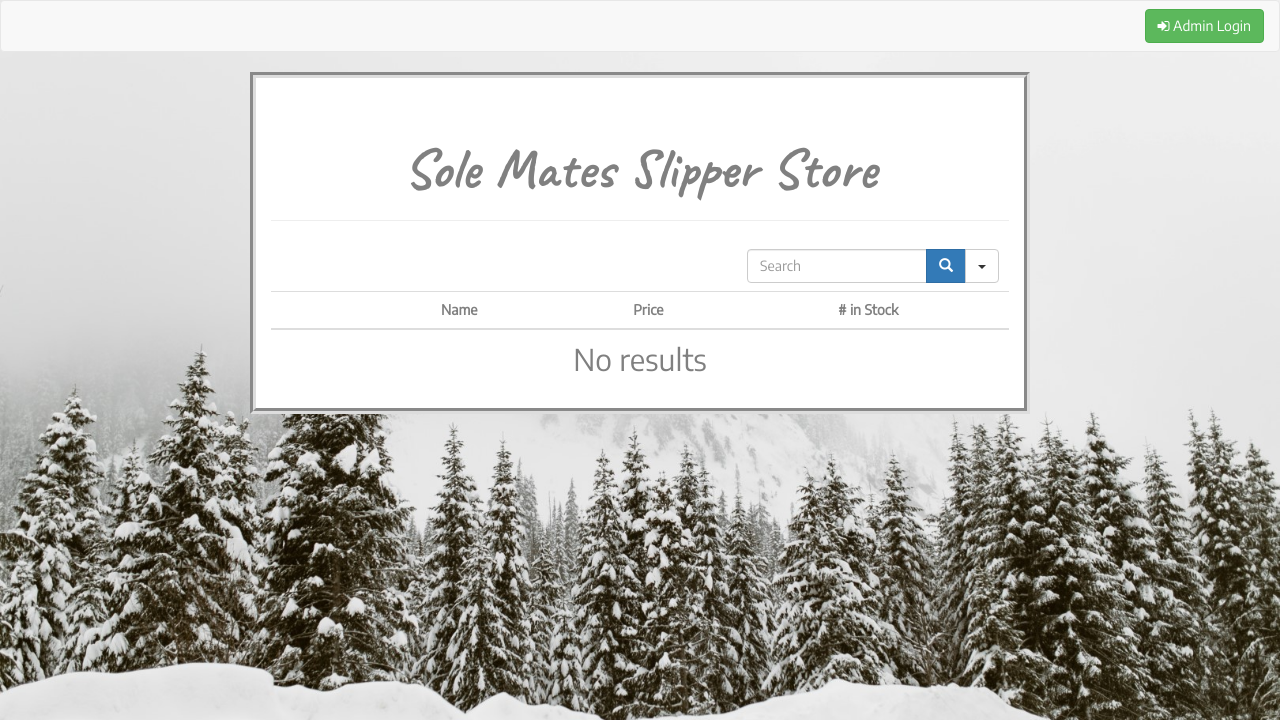
Repository: maliking/making
Page: http://localhost/final_project/index.php
The author's editor kept a record of every edit. The page is drawn from the files as they stood at one moment, then again after the next edit.
The browser window is 1280 px wide. The pictures show the whole page.
The page is run by PHP 8.4 with error messages shown; the project is at /var/www/html/. Queries for data that is not in the repository find no rows.

Above is the page before.
Console error: TypeError: Cannot read properties of undefined (reading 'prototype')

After the next edit:
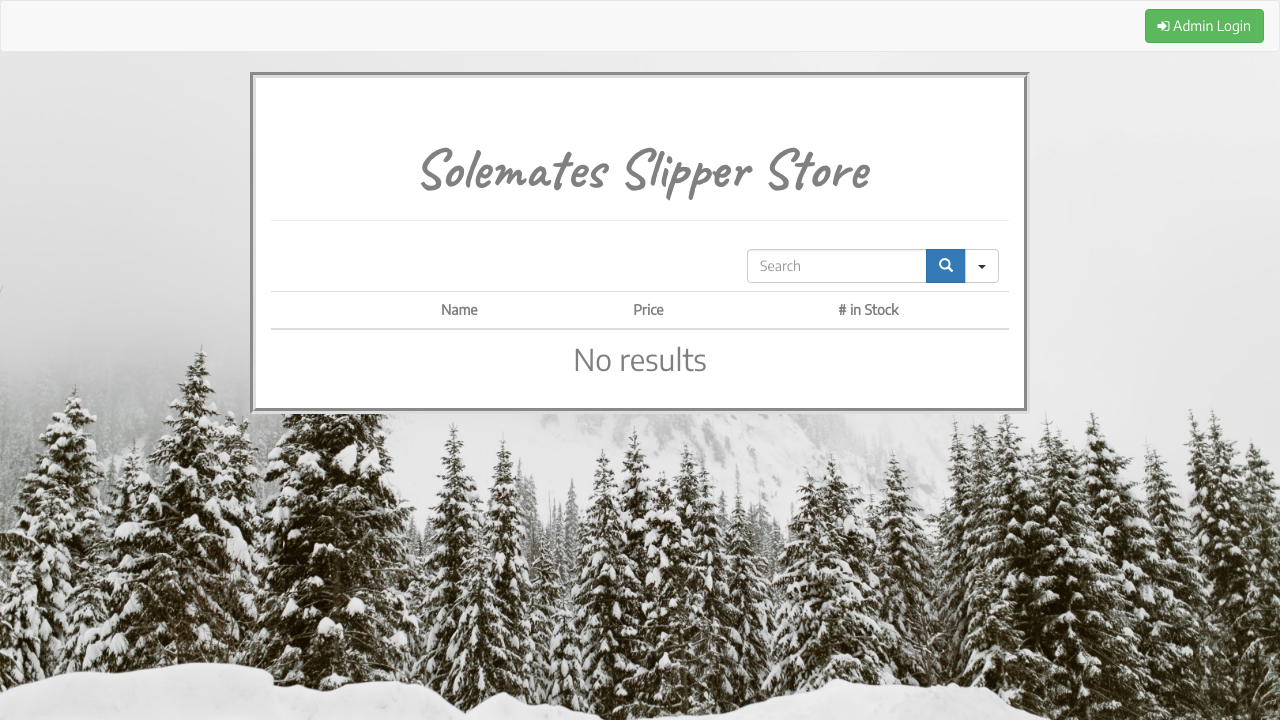
The edit:
--- a/final_project/index.php
+++ b/final_project/index.php
@@ -52,7 +52,7 @@
         <div class="container">
             <div class="row">
                 <div class="col-xs-8 col-xs-offset-2 text-center">
-                    <h1>Sole Mates <?= isset($_SESSION["username"]) ? "Inventory" : "Slipper Store"?></h1>
+                    <h1>Solemates <?= isset($_SESSION["username"]) ? "Inventory" : "Slipper Store"?></h1>
                     <hr>
                         <?php
                             if(isset($_SESSION['username'])) {
